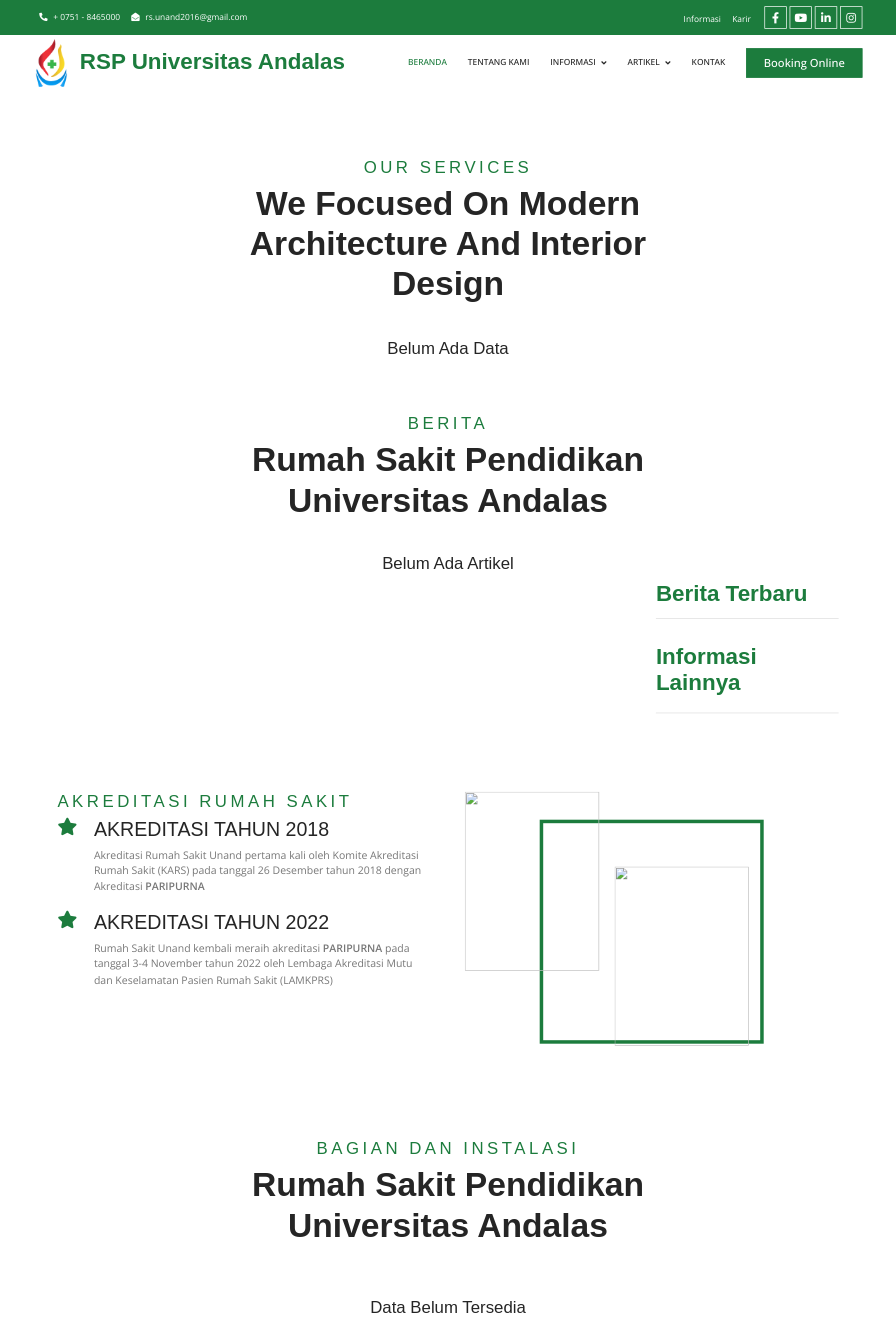
Repository: vivin-erialis/rsunand-site
Page: http://localhost/
The author's editor kept a copy of each file at every save. The page is drawn from the files as they stood at one save, then again after the next save.
The browser window is 1280 px wide. The pictures show the part of the page from y = 0 to 1920 px (the page is 3145 px tall before and 3087 px after), at 70% of full size.
Some web fonts or font styles are not loaded; a fallback is used. Some web libraries are served in a nearby version. The page is served by the project's Laravel application, run on PHP 8.4 with Laravel 12. Queries for data that is not in the repository find no rows.

Above is the page before, as saved 2024-06-10 09:11:12.
Console error: TypeError: Cannot read properties of undefined (reading 'version')

After the next save:
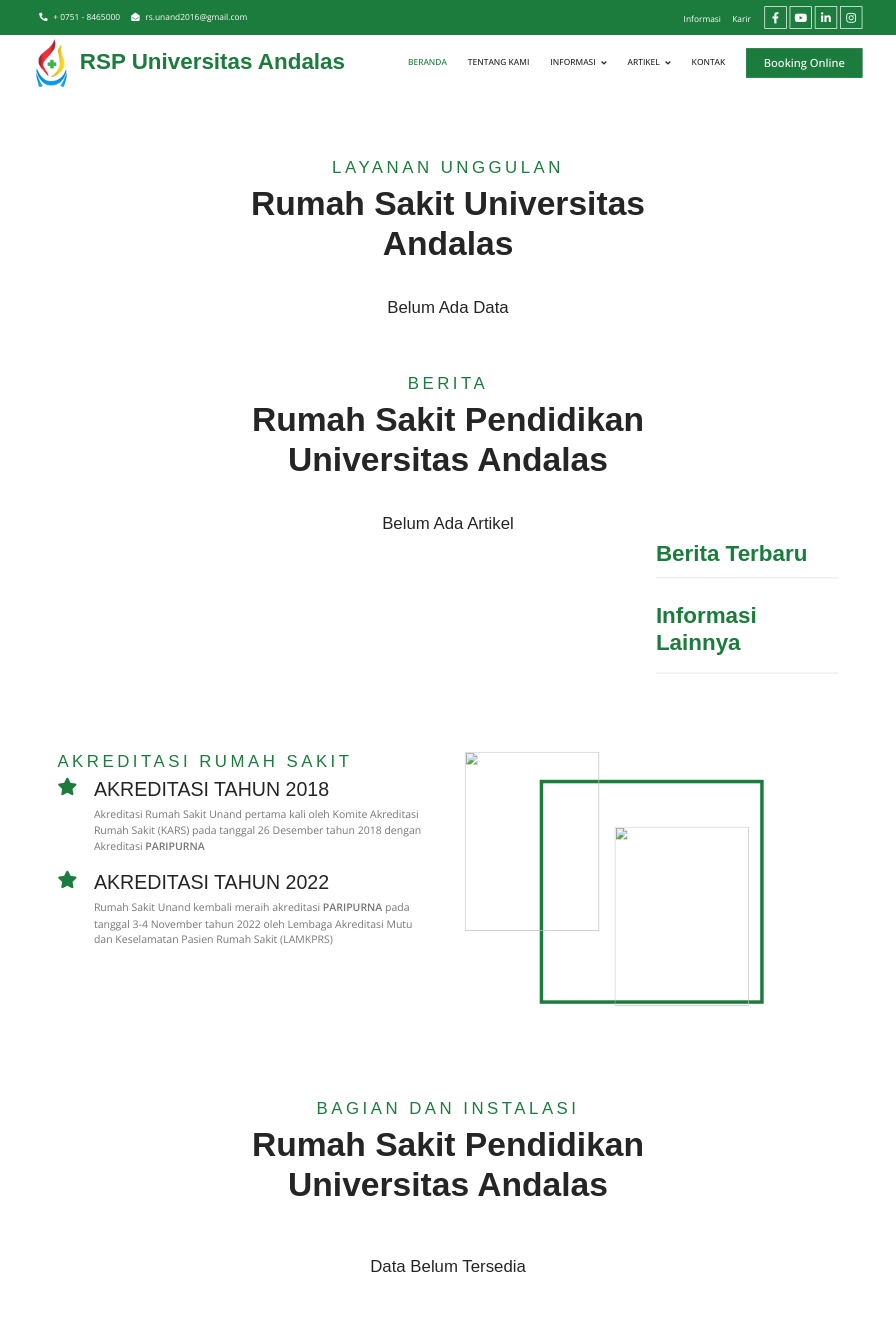
Saved 22 s later.
--- a/resources/views/Frontend/home.blade.php
+++ b/resources/views/Frontend/home.blade.php
@@ -33,8 +33,8 @@
     <div class="container-xxl py-5">
         <div class="container">
             <div class="text-center mx-auto mb-5 wow fadeInUp" data-wow-delay="0.1s" style="max-width: 600px;">
-                <h4 class="section-title">Our Services</h4>
-                <h1 class="display-5 mb-4">We Focused On Modern Architecture And Interior Design</h1>
+                <h4 class="section-title">LAYANAN UNGGULAN</h4>
+                <h1 class="display-5 mb-4">Rumah Sakit Universitas Andalas</h1>
             </div>
             @if ($layanan->isEmpty())
                 <h4 class="mt-5 text-center">Belum Ada Data</h4>
